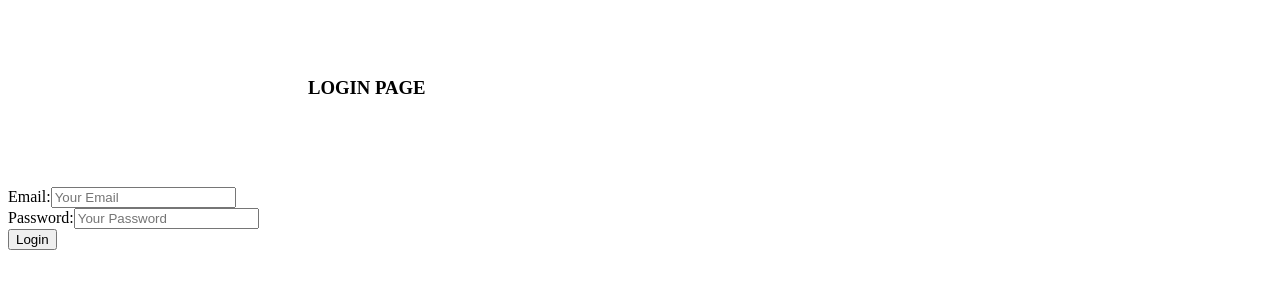
Repository: msibgathulla9980/Servlet
Page: LoginRegistrationApp/WebContent/login.html
These files come from the project's save history. The page is drawn as it stood at one moment and after the next save; the edit follows.
The browser window is 1280 px wide. The pictures show the whole page.

Above is the page before, as saved 2019-01-23 04:19:53.

### LoginRegistrationApp/WebContent/login.html
<!DOCTYPE html>
<html>
<head>
<h3><b><object align="middle"></object>LOGIN PAGE</b></h3>
<meta charset="UTF-8">
<title>Bridge Labz Registration</title>
</head>
<body>
<form action="login" method="post">
Email:<input type="email"&nbsp&nbsp&nbsp name="email" placeholder="Your Email" required/><br>
Password:<input type="password" name="password" placeholder="Your Password" required/><br>
 <input type="submit" value="Login"/>
</form>
</body>
</html>

After the next save:
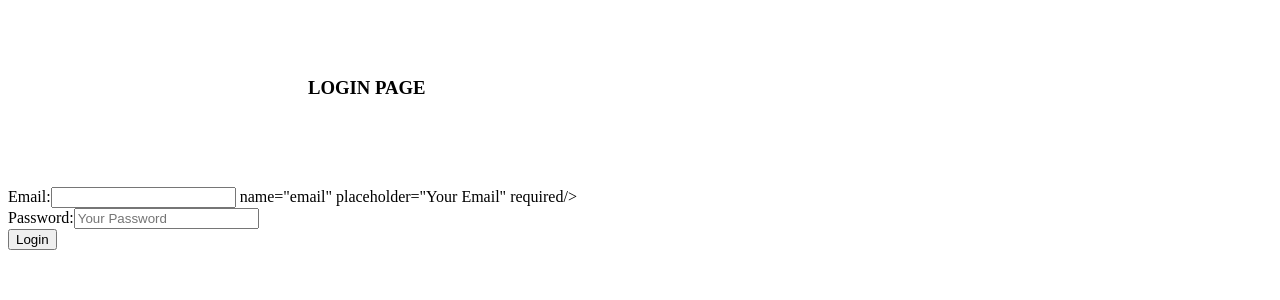
Saved 20 s later.
--- a/LoginRegistrationApp/WebContent/login.html
+++ b/LoginRegistrationApp/WebContent/login.html
@@ -7,7 +7,7 @@
 </head>
 <body>
 <form action="login" method="post">
-Email:<input type="email"&nbsp&nbsp&nbsp name="email" placeholder="Your Email" required/><br>
+Email:<input type="email"<pre></pre> name="email" placeholder="Your Email" required/><br>
 Password:<input type="password" name="password" placeholder="Your Password" required/><br>
  <input type="submit" value="Login"/>
 </form>

After the 2 saves that followed:
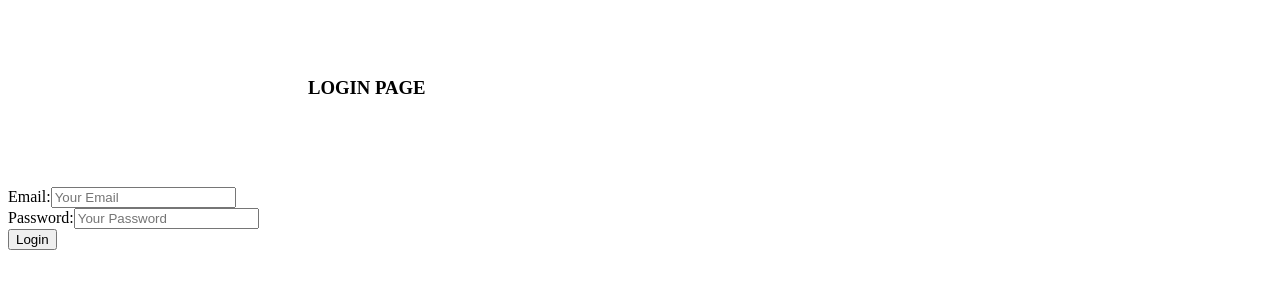
The 2 saves are shown as one change because 1 left the picture as it was.
The last was saved 26 s later.
--- a/LoginRegistrationApp/WebContent/login.html
+++ b/LoginRegistrationApp/WebContent/login.html
@@ -7,7 +7,9 @@
 </head>
 <body>
 <form action="login" method="post">
-Email:<input type="email"<pre></pre> name="email" placeholder="Your Email" required/><br>
+<pre>
+</pre>
+Email:<input type="email" name="email" placeholder="Your Email" required/><br>
 Password:<input type="password" name="password" placeholder="Your Password" required/><br>
  <input type="submit" value="Login"/>
 </form>
